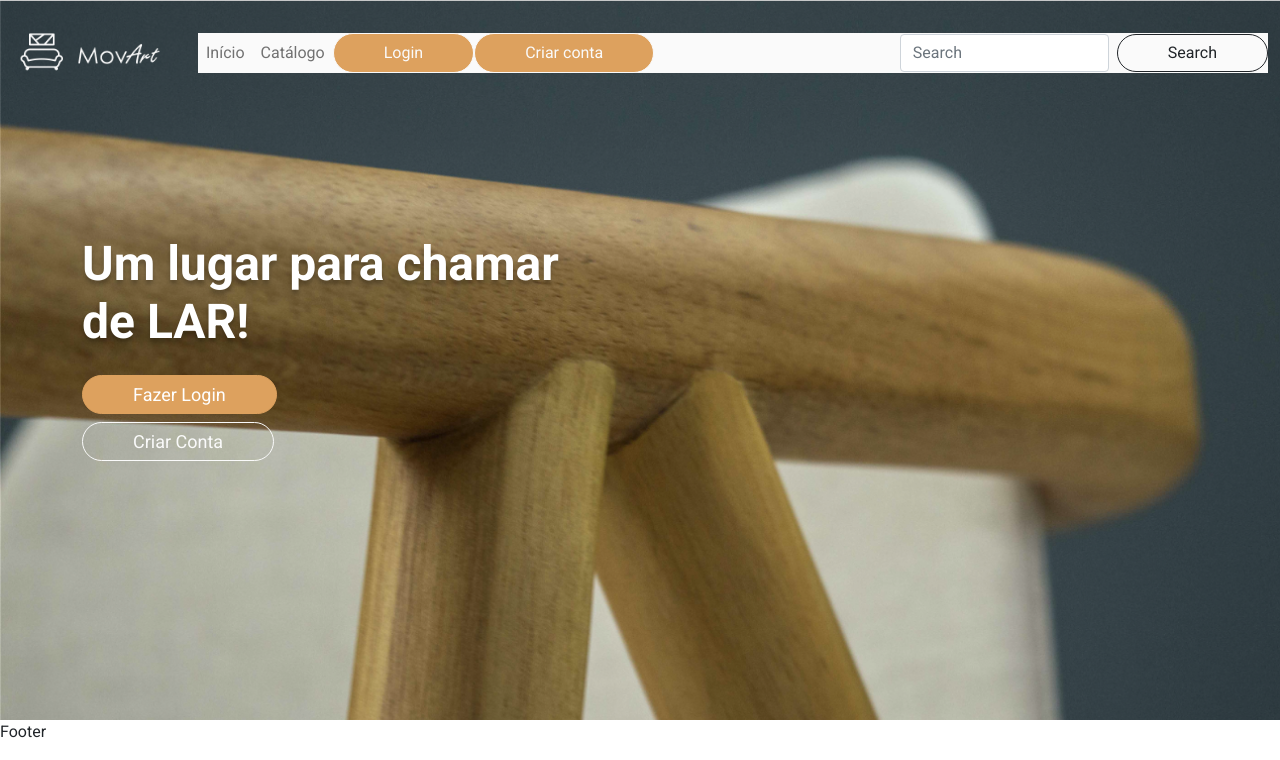
Repository: telesbp/Projeto-4-e-Projeto-5
Page: / (app in front-end/)
The author's editor kept a copy of each file at every save. The page is drawn from the files as they stood at one save, then again after the next save.
The browser window is 1280 px wide. The pictures show the whole page.
The project was rebuilt for these pictures with package versions that can differ from the ones it lists, and the page was loaded fresh each time.

Above is the page before, as saved 2022-07-17 17:24:28.

After the next save:
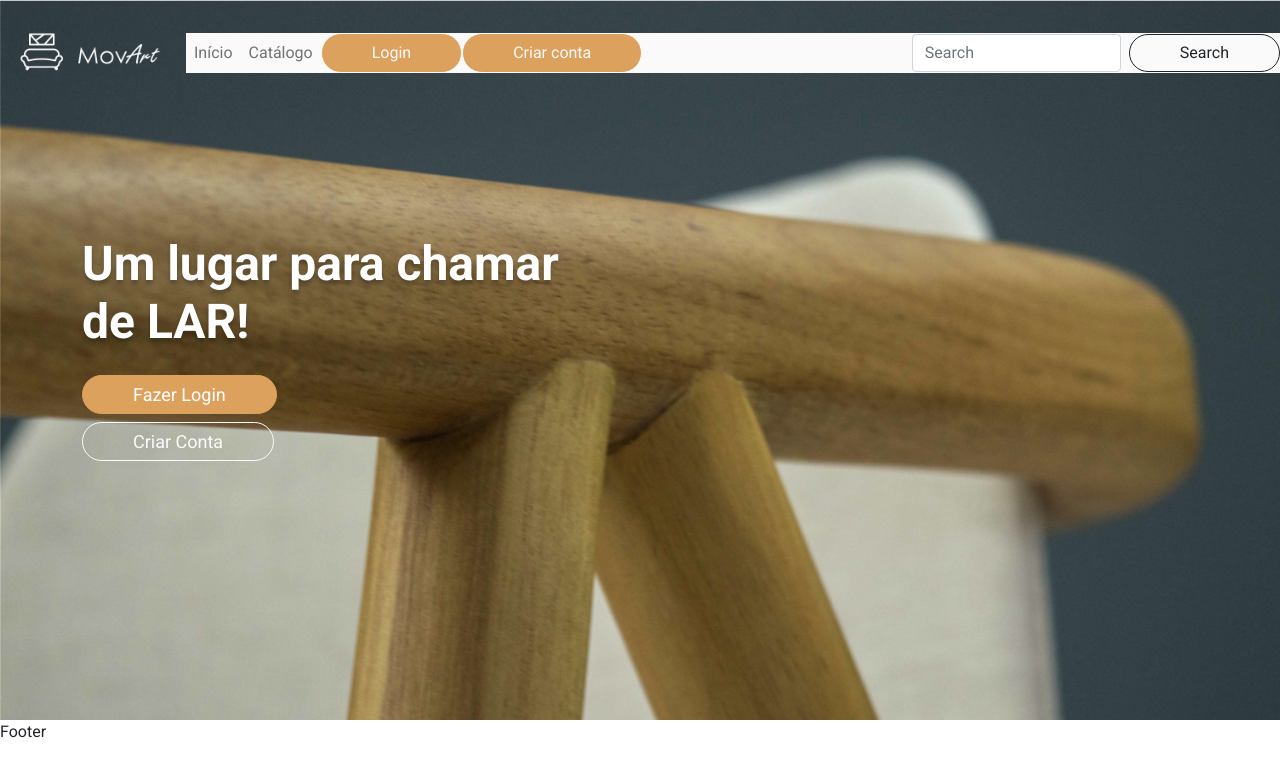
Saved 22 s later.
--- a/front-end/src/components/Layout/Header.tsx
+++ b/front-end/src/components/Layout/Header.tsx
@@ -34,4 +34,5 @@ export function Header() {
 }
 const NavBarCollapseStyled = styled(Navbar.Collapse)`
     background-color:#fafafa ;
+    margin: 0 -12px;
 `
